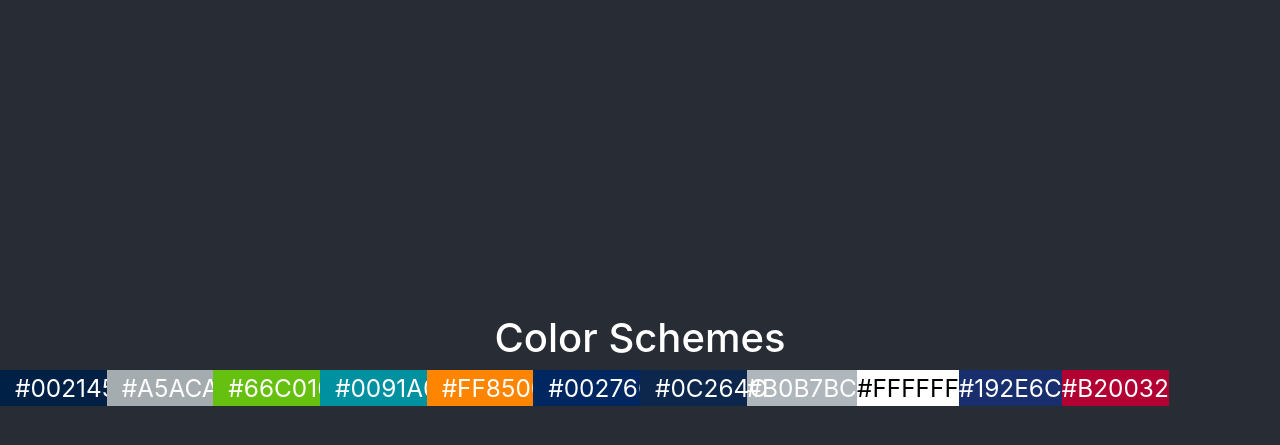
Repository: MikeTroianello/troianello.co
Page: /
These files come from the project's save history. The page is drawn as it stood at one moment and after the next save; the edit follows.
The browser window is 1280 px wide. The pictures show the whole page.
The project was rebuilt for these pictures with package versions that can differ from the ones it lists, and the page was loaded fresh each time.

Above is the page before, as saved 2019-06-24 17:56:23.

### src/App.js
import React from 'react';

import './App.css';

function App() {
  return (
    <div className='App'>
      <header className='App-header'>
        <h1>Color Schemes</h1>
        <div className='container-fluid'>
          <div className='row'>
            {/* <div className='teams seahawks'> */}
            {/* <h2>SEAHAWKS</h2> */}
            <div className='col-1 s-blue'>#002145</div>
            <div className='col-1 s-gray'>#A5ACAF</div>
            <div className='col-1 s-green'>#66C010</div>
            {/* </div> */}
            {/* <div className='col-1 teams dolphins'> */}
            {/* <h2>DOLPHINS</h2> */}
            <div className='col-1 d-aqua'>#0091A0</div>
            <div className='col-1 d-orange'>#FF8500</div>
            <div className='col-1 d-dark-blue'>#002760</div>
            {/* </div> */}
            {/* <div className='col-1 teams cowboys'> */}
            {/* <h2>COWBOYS</h2> */}
            <div className='col-1 c-blue'>#0C264C</div>
            <div className='c-gray'>#B0B7BC</div>
            <div className='c-white'>#FFFFFF</div>
            {/* </div> */}
            {/* <div className='teams giants'> */}
            {/* <h2>GIANTS</h2> */}
            <div className='g-blue'>#192E6C</div>
            <div className='g-red'>#B20032</div>
            {/* </div> */}
          </div>
        </div>
      </header>
    </div>
  );
}

export default App;

### src/App.css
.App {
  text-align: center;
}

.App-logo {
  animation: App-logo-spin infinite 20s linear;
  height: 40vmin;
  pointer-events: none;
}

.App-header {
  background-color: #282c34;
  min-height: 100vh;
  display: flex;
  flex-direction: column;
  align-items: center;
  justify-content: center;
  font-size: calc(10px + 2vmin);
  color: white;
}

.App-link {
  color: #61dafb;
}

@keyframes App-logo-spin {
  from {
    transform: rotate(0deg);
  }
  to {
    transform: rotate(360deg);
  }
}
/*
.teams {
  height: 100%;
  width: 80%;
  padding: 5% 10%;
} */

/* .teams > div {
  height: 100%;
  width: 80%;
  padding: 5% 10%;
} */

.container {
  height: 500px;
}
.rox {
  height: 500px;
}

.s-blue {
  background-color: #002145;
}

.s-gray {
  background-color: #a5acaf;
}

.s-green {
  background-color: #66c010;
}

.d-aqua {
  background-color: #0091a0;
}
.d-orange {
  background-color: #ff8500;
}
.d-dark-blue {
  background-color: #002760;
}

.c-blue {
  background-color: #0c264c;
}

.c-gray {
  background-color: #b0b7bc;
}

.c-white {
  background-color: #ffffff;
  color: #000000;
}

.g-blue {
  background-color: #192e6c;
}

.g-red {
  background-color: #b20032;
}

Loaded but not shown: public/index.html (common file); src/index.js (common file); src/index.css (common file); src/serviceWorker.js (common file)

After the next save:
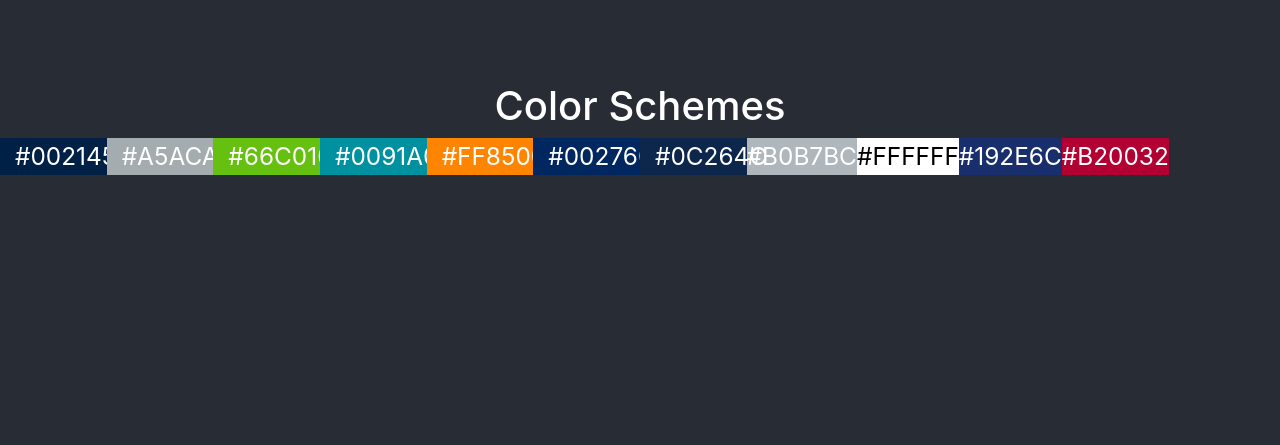
Saved 27 s later.
--- a/src/App.css
+++ b/src/App.css
@@ -44,7 +44,7 @@
   padding: 5% 10%;
 } */
 
-.container {
+.container-fluid {
   height: 500px;
 }
 .rox {
